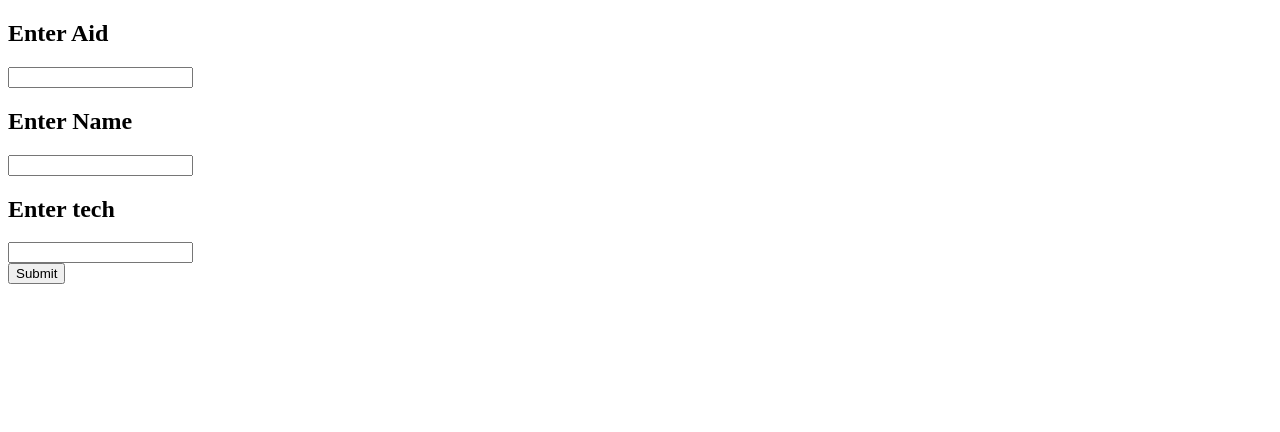
Repository: Kushagraiitg/SpringBoot
Page: http://localhost/bootjpaa/home.jsp
These files come from the project's save history. The page is drawn as it stood at one moment and after the next save; the edit follows.
The browser window is 1280 px wide. The pictures show the whole page.
The page is served by Tomcat 9.

Above is the page before, as saved 2021-08-12 19:33:48.

After the next save:
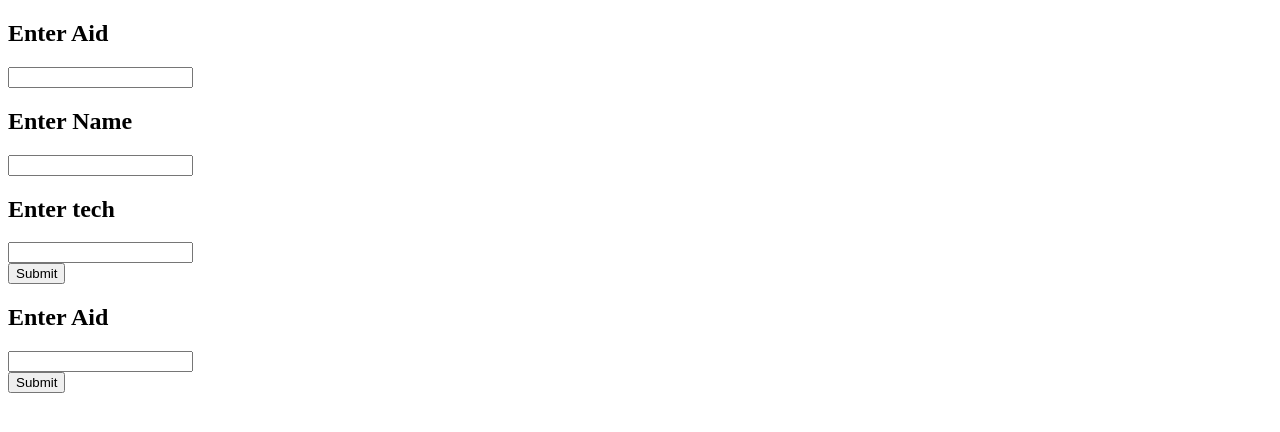
Saved 2 min 20 s later.
--- a/bootjpaa/src/main/webapp/home.jsp
+++ b/bootjpaa/src/main/webapp/home.jsp
@@ -15,5 +15,13 @@
 		<input type="submit"><br>
 
 	</form>
+
+
+	<form action="getAlien">
+		<h2>Enter Aid</h2><input type="text" name=aid><br>
+
+		<input type="submit"><br>
+
+	</form>
 </body>
 </html>
